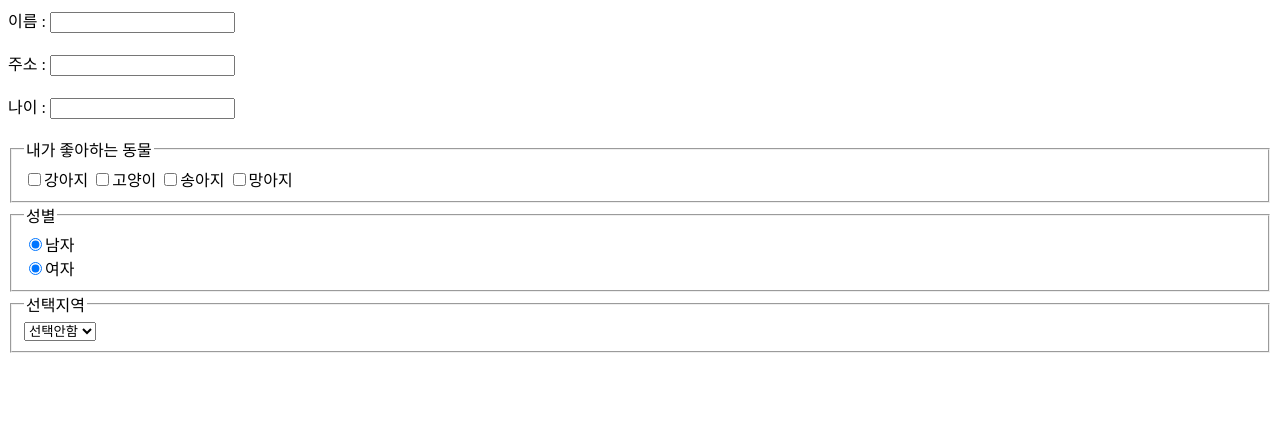
Repository: Show-And-Prove/jsp
Page: practice01/WebContent/input.html
An editor plug-in stored every save of this project. The page is shown before and after the next save, followed by the edit.
The browser window is 1280 px wide. The pictures show the whole page.

Above is the page before, as saved 2022-10-17 07:07:48.

After the next save:
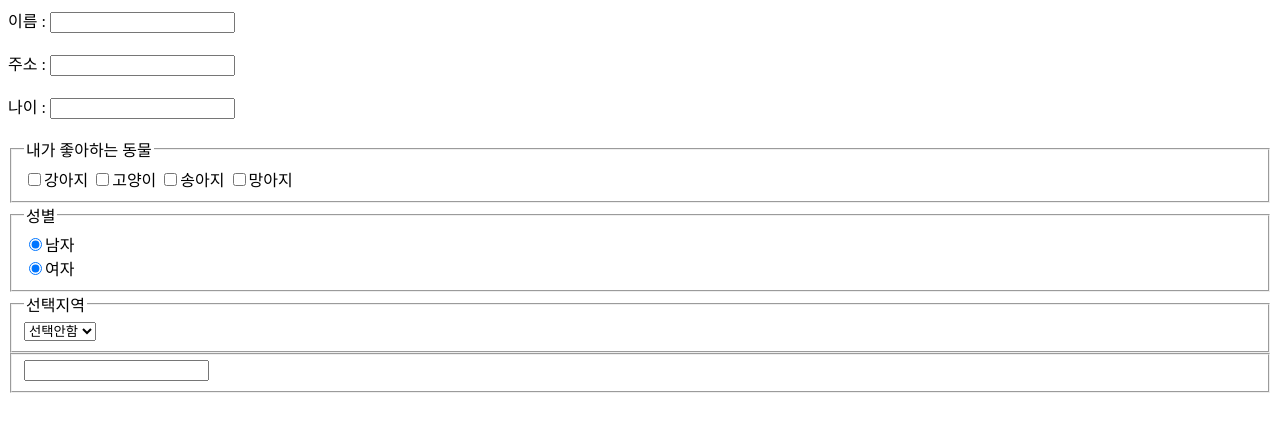
Saved 93 s later.
--- a/practice01/WebContent/input.html
+++ b/practice01/WebContent/input.html
@@ -29,12 +29,11 @@
 		<option value="02">경기</option>
 		<option value="03">대전</option>
 		<option value="04">전라</option>
+		</select>
+	</fieldset>
+	<fieldset>
+		<input>
 
-
-
-
-
-		</select>
 	</fieldset>
 
 
